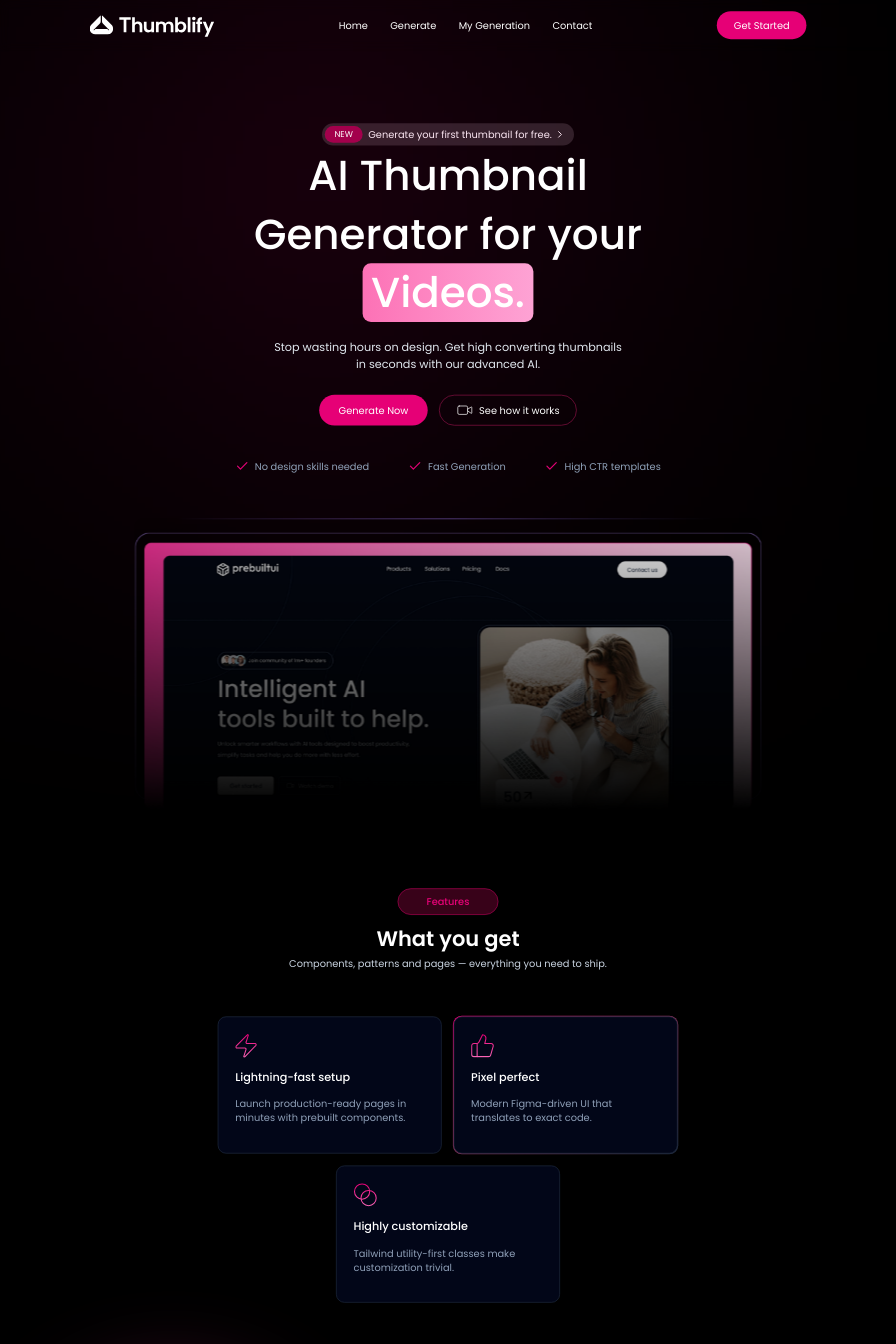
Repository: abhiraj33181/Thumblify
Page: / (app in client/)
The author's editor kept a copy of each file at every save. The page is drawn from the files as they stood at one save, then again after the next save.
The browser window is 1280 px wide. The pictures show the part of the page from y = 0 to 1920 px (the page is 5380 px tall), at 70% of full size.
The project was rebuilt for these pictures with package versions that can differ from the ones it lists, and the page was loaded fresh each time. Also part of the build but not shown: client/vite.config.ts.

Above is the page before, as saved 2026-01-08 09:28:51.

### client/index.html
<!doctype html>
<html lang="en">

<head>
    <meta charset="UTF-8" />
    <link rel="icon" href="/favicon.svg" type="image/x-icon" />
    <meta name="viewport" content="width=device-width, initial-scale=1.0" />
    <title>Thumblify - AI Thumbnail Generator</title>
</head>

<body>
    <div id="root"></div>
    <script type="module" src="/src/main.jsx"></script>
</body>

</html>

### client/src/main.tsx
import { createRoot } from 'react-dom/client'
import App from './App.js'
import { BrowserRouter } from 'react-router-dom'

createRoot(document.getElementById('root')!).render(
    <BrowserRouter>
        <App />
    </BrowserRouter>,
)

### client/src/App.tsx
import { Route, Routes } from "react-router-dom";
import HomePage from "./pages/HomePage";
import Navbar from "./components/Navbar";
import Footer from "./components/Footer";
import "./globals.css";
import LenisScroll from "./components/LenisScroll";

export default function App() {
    return (
        <>
            <LenisScroll />
            <Navbar />
            <Routes>
                <Route path="/" element={<HomePage />} />
            </Routes>
            <Footer />
        </>
    );
}

### client/src/pages/HomePage.tsx
import HeroSection from "../sections/HeroSection";
import FeaturesSection from "../sections/FeaturesSection";
import TestimonialSection from "../sections/TestimonialSection";
import PricingSection from "../sections/PricingSection";
import ContactSection from "../sections/ContactSection";
import CTASection from "../sections/CTASection";

export default function HomePage() {
    return (
        <>
            <HeroSection />
            <FeaturesSection />
            <TestimonialSection />
            <PricingSection />
            <ContactSection />
            <CTASection />
        </>
    );
}

### client/src/globals.css
@import url('https://fonts.googleapis.com/css2?family=Poppins:ital,wght@0,100;0,200;0,300;0,400;0,500;0,600;0,700;0,800;0,900;1,100;1,200;1,300;1,400;1,500;1,600;1,700;1,800;1,900&display=swap');
@import "tailwindcss";

@theme {
    --font-poppins: "Poppins", sans-serif;
}

body {
    @apply bg-black text-white text-sm antialiased font-poppins;
}

body::selection {
    @apply bg-pink-600 text-white;
}

button {
    @apply cursor-pointer;
}

.move-gradient {
    background-image: linear-gradient(to right, var(--color-pink-500), var(--color-pink-300));
    background-size: 200% 100%;
    animation: movegradient 5s infinite;
}

@keyframes movegradient {
    0% {
        background-position: 0% 50%;
    }
    50% {
        background-position: 100% 50%;
    }
    100% {
        background-position: 0% 50%;
    }
}

### client/src/components/LenisScroll.tsx
import { useEffect } from "react";
import Lenis from "lenis";

export default function LenisScroll() {
    useEffect(() => {
        const lenis = new Lenis({
            duration: 1.2,
            smoothWheel: true,
            anchors: {
                offset: -100,
            },
        });

        const raf = (time: number) => {
            lenis.raf(time);
            requestAnimationFrame(raf);
        };

        requestAnimationFrame(raf);

        return () => {
            lenis.destroy();
        };
    }, []);

    return null;
}

### client/src/sections/HeroSection.tsx
'use client'
import { CheckIcon, ChevronRightIcon, VideoIcon } from "lucide-react";
import TiltedImage from "../components/TiltImage";
import { motion } from "motion/react";
import { useNavigate } from "react-router-dom";

export default function HeroSection() {
    const navigate = useNavigate()
    const specialFeatures = [
        "No design skills needed",
        "Fast Generation",
        "High CTR templates",
    ];

    return (
        <div className="relative flex flex-col items-center justify-center px-4 md:px-16 lg:px-24 xl:px-32">
            <div className="absolute top-30 -z-10 left-1/4 size-72 bg-pink-600 blur-[300px]"></div>
            <motion.a href="https://prebuiltui.com?utm_source=pixels" className="group flex items-center gap-2 rounded-full p-1 pr-3 mt-44 text-pink-100 bg-pink-200/15"
                initial={{ y: -20, opacity: 0 }}
                whileInView={{ y: 0, opacity: 1 }}
                viewport={{ once: true }}
                transition={{ delay: 0.2, type: "spring", stiffness: 320, damping: 70, mass: 1 }}
            >
                <span className="bg-pink-800 text-white text-xs px-3.5 py-1 rounded-full">
                    NEW
                </span>
                <p className="flex items-center gap-1">
                    <span>Generate your first thumbnail for free.</span>
                    <ChevronRightIcon size={16} className="group-hover:translate-x-0.5 transition duration-300" />
                </p>
            </motion.a>
            <motion.h1 className="text-5xl/17 md:text-6xl/21 font-medium max-w-2xl text-center"
                initial={{ y: 50, opacity: 0 }}
                whileInView={{ y: 0, opacity: 1 }}
                viewport={{ once: true }}
                transition={{ type: "spring", stiffness: 240, damping: 70, mass: 1 }}
            >
                AI Thumbnail Generator for your{" "}
                <span className="move-gradient px-3 rounded-xl text-nowrap">Videos.</span>
            </motion.h1>
            <motion.p className="text-base text-center text-slate-200 max-w-lg mt-6"
                initial={{ y: 50, opacity: 0 }}
                whileInView={{ y: 0, opacity: 1 }}
                viewport={{ once: true }}
                transition={{ delay: 0.2, type: "spring", stiffness: 320, damping: 70, mass: 1 }}
            >
                Stop wasting hours on design. Get high converting thumbnails in seconds with our advanced AI.</motion.p>
            <motion.div className="flex items-center gap-4 mt-8"
                initial={{ y: 50, opacity: 0 }}
                whileInView={{ y: 0, opacity: 1 }}
                viewport={{ once: true }}
                transition={{ type: "spring", stiffness: 320, damping: 70, mass: 1 }}
            >
                <button onClick={() => navigate('/generate')} className="bg-pink-600 hover:bg-pink-700 text-white rounded-full px-7 h-11">
                    Generate Now
                </button>
                <button className="flex items-center gap-2 border border-pink-900 hover:bg-pink-950/50 transition rounded-full px-6 h-11">
                    <VideoIcon strokeWidth={1} />
                    <span>See how it works</span>
                </button>
            </motion.div>

            <div className="flex flex-wrap justify-center items-center gap-4 md:gap-14 mt-12">
                {specialFeatures.map((feature, index) => (
                    <motion.p className="flex items-center gap-2" key={index}
                        initial={{ y: 30, opacity: 0 }}
                        whileInView={{ y: 0, opacity: 1 }}
                        viewport={{ once: true }}
                        transition={{ delay: index * 0.2, duration: 0.3 }}
                    >
                        <CheckIcon className="size-5 text-pink-600" />
                        <span className="text-slate-400">{feature}</span>
                    </motion.p>
                ))}
            </div>
            <TiltedImage />
        </div>
    );
}

### client/src/sections/TestimonialSection.tsx
import SectionTitle from "../components/SectionTitle";
import TestimonialCard from "../components/TestimonialCard";
import { testimonialsData } from "../data/testimonial";
import type { ITestimonial } from "../types";
import Marquee from "react-fast-marquee";

export default function TestimonialSection() {
    return (
        <div id="testimonials" className="px-4 md:px-16 lg:px-24 xl:px-32">
            <SectionTitle text1="Testimonials" text2="Don't just take our words" text3="Hear what our users say about us. We're always looking for ways to improve. If you have a positive experience with us, leave a review." />

            <Marquee className="max-w-5xl mx-auto mt-11" gradient={true} speed={25} gradientColor="#000">
                <div className="flex items-center justify-center py-5 overflow-hidden">
                    {[...testimonialsData, ...testimonialsData].map((testimonial: ITestimonial, index: number) => (
                        <TestimonialCard key={index} index={index} testimonial={testimonial} />
                    ))}
                </div>
            </Marquee>
            <Marquee className="max-w-5xl mx-auto" gradient={true} speed={25} direction="right" gradientColor="#000">
                <div className="flex items-center justify-center py-5 overflow-hidden">
                    {[...testimonialsData, ...testimonialsData].map((testimonial: ITestimonial, index: number) => (
                        <TestimonialCard key={index} index={index} testimonial={testimonial} />
                    ))}
                </div>
            </Marquee>

        </div>
    );
}

### client/src/sections/PricingSection.tsx
'use client'
import SectionTitle from "../components/SectionTitle"
import { pricingData } from "../data/pricing";
import type { IPricing } from "../types";
import { CheckIcon } from "lucide-react";
import { motion } from "motion/react";

export default function PricingSection() {
    return (
        <div id="pricing" className="px-4 md:px-16 lg:px-24 xl:px-32">
            <SectionTitle text1="Pricing" text2="Our Pricing Plans" text3="Flexible pricing options designed to meet your needs — whether you're just getting started or scaling up." />

            <div className="flex flex-wrap items-center justify-center gap-8 mt-20">
                {pricingData.map((plan: IPricing, index: number) => (
                    <motion.div key={index} className={`w-72 text-center border border-pink-950 p-6 pb-16 rounded-xl ${plan.mostPopular ? 'bg-pink-950 relative' : 'bg-pink-950/30'}`}
                        initial={{ y: 150, opacity: 0 }}
                        whileInView={{ y: 0, opacity: 1 }}
                        viewport={{ once: true }}
                        transition={{ delay: index * 0.15, type: "spring", stiffness: 320, damping: 70, mass: 1 }}
                    >
                        {plan.mostPopular && (
                            <p className="absolute px-3 text-sm -top-3.5 left-3.5 py-1 bg-pink-400 rounded-full">Most Popular</p>
                        )}
                        <p className="font-semibold">{plan.name}</p>
                        <h1 className="text-3xl font-semibold">${plan.price}<span className="text-gray-500 font-normal text-sm">/{plan.period}</span></h1>
                        <ul className="list-none text-slate-300 mt-6 space-y-2">
                            {plan.features.map((feature, index) => (
                                <li key={index} className="flex items-center gap-2">
                                    <CheckIcon className="size-4.5 text-pink-600" />
                                    <p>{feature}</p>
                                </li>
                            ))}
                        </ul>
                        <button type="button" className={`w-full py-2.5 rounded-md font-medium mt-7 transition-all ${plan.mostPopular ? 'bg-white text-pink-600 hover:bg-slate-200' : 'bg-pink-500 hover:bg-pink-600'}`}>
                            Get Started
                        </button>
                    </motion.div>
                ))}
            </div>
        </div>
    );
}

### client/src/sections/CTASection.tsx
'use client'
import { motion } from "motion/react";

export default function CTASection() {
    return (
        <motion.div className="max-w-5xl py-16 mt-40 md:pl-20 md:w-full max-md:mx-4 md:mx-auto flex flex-col md:flex-row max-md:gap-6 items-center justify-between text-left bg-linear-to-b from-pink-900 to-pink-950 rounded-2xl p-6 text-white"
            initial={{ y: 150, opacity: 0 }}
            whileInView={{ y: 0, opacity: 1 }}
            viewport={{ once: true }}
            transition={{ type: "spring", stiffness: 320, damping: 70, mass: 1 }}
        >
            <div>
                <motion.h1 className="text-4xl md:text-[46px] md:leading-15 font-semibold bg-linear-to-r from-white to-pink-400 text-transparent bg-clip-text"
                    initial={{ y: 80, opacity: 0 }}
                    whileInView={{ y: 0, opacity: 1 }}
                    viewport={{ once: true }}
                    transition={{ type: "spring", stiffness: 280, damping: 70, mass: 1 }}
                >
                    Ready to try-out this app?
                </motion.h1>
                <motion.p className="bg-linear-to-r from-white to-pink-400 text-transparent bg-clip-text text-lg"
                    initial={{ y: 80, opacity: 0 }}
                    whileInView={{ y: 0, opacity: 1 }}
                    viewport={{ once: true }}
                    transition={{ type: "spring", stiffness: 200, damping: 70, mass: 1 }}
                >
                    Your next favourite tool is just one click away.
                </motion.p>
            </div>
            <motion.button className="px-12 py-3 text-slate-800 bg-white hover:bg-slate-200 rounded-full text-sm mt-4"
                initial={{ y: 80, opacity: 0 }}
                whileInView={{ y: 0, opacity: 1 }}
                viewport={{ once: true }}
                transition={{ type: "spring", stiffness: 280, damping: 70, mass: 1 }}
            >
                Get Started
            </motion.button>
        </motion.div>
    );
}

### client/src/data/footer.ts
import type { IFooter } from "../types";

export const footerData: IFooter[] = [
    {
        title: "Product",
        links: [
            { name: "Home", href: "#" },
            { name: "Support", href: "#support" },
            { name: "Pricing", href: "#pricing" },
            { name: "Affiliate", href: "#affiliate" },
        ]
    },
    {
        title: "Resources",
        links: [
            { name: "Company", href: "#company" },
            { name: "Blogs", href: "#blogs" },
            { name: "Community", href: "#community" },
            { name: "Careers", href: "#careers" },
            { name: "About", href: "#about" },
        ]
    },
    {
        title: "Legal",
        links: [
            { name: "Privacy", href: "#privacy" },
            { name: "Terms", href: "#terms" },
        ]
    }
];

### client/src/components/TiltImage.tsx
import { useRef, useState } from 'react';
import { motion, useMotionValue, useSpring } from 'motion/react';

const springValues = {
    damping: 30,
    stiffness: 100,
    mass: 2
};

export default function TiltedImage({ rotateAmplitude = 3, }) {
    const ref = useRef<HTMLDivElement>(null);
    const x = useMotionValue(0);
    const y = useMotionValue(0);
    const rotateX = useSpring(useMotionValue(0), springValues);
    const rotateY = useSpring(useMotionValue(0), springValues);
    const rotateFigcaption = useSpring(0, { stiffness: 350, damping: 30, mass: 1 });

    const [lastY, setLastY] = useState(0);

    function handleMouse(e: any) {
        if (!ref.current) return;

        const rect = ref.current.getBoundingClientRect();
        const offsetX = e.clientX - rect.left - rect.width / 2;
        const offsetY = e.clientY - rect.top - rect.height / 2;

        const rotationX = (offsetY / (rect.height / 2)) * -rotateAmplitude;
        const rotationY = (offsetX / (rect.width / 2)) * rotateAmplitude;

        rotateX.set(rotationX);
        rotateY.set(rotationY);

        x.set(e.clientX - rect.left);
        y.set(e.clientY - rect.top);

        const velocityY = offsetY - lastY;
        rotateFigcaption.set(-velocityY * 0.6);
        setLastY(offsetY);
    }

    function handleMouseLeave() {
        rotateX.set(0);
        rotateY.set(0);
        rotateFigcaption.set(0);
    }

    return (
        <motion.figure ref={ref} className="relative w-full h-full perspective-midrange mt-16 max-w-4xl mx-auto flex flex-col items-center justify-center" onMouseMove={handleMouse} onMouseLeave={handleMouseLeave}
            initial={{ y: 150, opacity: 0 }}
            whileInView={{ y: 0, opacity: 1 }}
            viewport={{ once: true }}
            transition={{ type: "spring", stiffness: 320, damping: 70, mass: 1 }}
        >
            <motion.div className="relative transform-3d w-full max-w-4xl" style={{ rotateX, rotateY }} >
                <motion.img src="/assets/hero-section-showcase.png"
                    className="w-full rounded-[15px] will-change-transform transform-[translateZ(0)]"
                    alt="hero section showcase"
                />
            </motion.div>
        </motion.figure>
    );
}

### client/src/components/SectionTitle.tsx
import type { SectionTitleProps } from "../types";
import { motion } from "motion/react";

export default function SectionTitle({ text1, text2, text3 }: SectionTitleProps) {
    return (
        <>
            <motion.p className="text-center font-medium text-pink-600 mt-28 px-10 py-2 rounded-full bg-pink-950/70 border border-pink-800 w-max mx-auto"
                initial={{ y: 120, opacity: 0 }}
                whileInView={{ y: 0, opacity: 1 }}
                viewport={{ once: true }}
                transition={{ type: "spring", stiffness: 320, damping: 70, mass: 1 }}
            >
                {text1}
            </motion.p>
            <motion.h3 className="text-3xl font-semibold text-center mx-auto mt-4"
                initial={{ y: 120, opacity: 0 }}
                whileInView={{ y: 0, opacity: 1 }}
                viewport={{ once: true }}
                transition={{ type: "spring", stiffness: 280, damping: 70, mass: 1 }}
            >
                {text2}
            </motion.h3>
            <motion.p className="text-slate-300 text-center mt-2 max-w-xl mx-auto"
                initial={{ y: 120, opacity: 0 }}
                whileInView={{ y: 0, opacity: 1 }}
                viewport={{ once: true }}
                transition={{ type: "spring", stiffness: 240, damping: 70, mass: 1 }}
            >
                {text3}
            </motion.p>
        </>
    );
}

### client/src/data/testimonial.ts
import type { ITestimonial } from "../types";

export const testimonialsData: ITestimonial[] = [
    {
        image: 'https://images.unsplash.com/photo-1633332755192-727a05c4013d?q=80&w=200',
        name: 'Sophia Carter',
        handle: '@sophiacodes',
        date: 'February 14, 2025',
        quote: 'This SaaS app has completely streamlined our onboarding process. What used to take hours now takes minutes!',
    },
    {
        image: 'https://images.unsplash.com/photo-1535713875002-d1d0cf377fde?q=80&w=200',
        name: 'Ethan Walker',
        handle: '@ethanwrites',
        date: 'March 3, 2025',
        quote: 'We’ve tried several tools, but nothing comes close in terms of speed and simplicity. Absolute game-changer.',
    },
    {
        image: 'https://images.unsplash.com/photo-1527980965255-d3b416303d12?w=200&auto=format&fit=crop&q=60',
        name: 'Maya Patel',
        handle: '@mayapatel',
        date: 'April 22, 2025',
        quote: 'The automation features alone have saved our team countless hours every week. Worth every penny.',
    },
    {
        image: 'https://images.unsplash.com/photo-1522075469751-3a6694fb2f61?w=200&auto=format&fit=crop&q=60',
        name: 'Liam Brooks',
        handle: '@liambrooks',
        date: 'May 18, 2025',
        quote: 'Setup was ridiculously easy. Within 10 minutes, we were running live and onboarding our first customers.',
    },
];

### client/src/data/pricing.ts
import type { IPricing } from "../types";

export const pricingData: IPricing[] = [
    {
        name: "Basic",
        price: 29,
        period: "month",
        features: [
            "Access to all basic courses",
            "Community support",
            "10 practice projects",
            "Course completion certificate",
            "Basic code review"
        ],
        mostPopular: false
    },
    {
        name: "Pro",
        price: 79,
        period: "month",
        features: [
            "Access to all Pro courses",
            "Priority community support",
            "30 practice projects",
            "Course completion certificate",
            "Advance code review",
            "1-on-1 mentoring sessions",
            "Job assistance"
        ],
        mostPopular: true
    },
    {
        name: "Enterprise",
        price: 199,
        period: "month",
        features: [
            "Access to all courses",
            "Dedicated support",
            "Unlimited projects",
            "Course completion certificate",
            "Premium code review"
        ],
        mostPopular: false
    }
];

Loaded but not shown: client/src/sections/FeaturesSection.tsx (69 lines, source omitted); client/src/components/Footer.tsx (59 lines, source omitted); client/src/sections/ContactSection.tsx (59 lines, source omitted); client/src/data/features.tsx (19 lines, source omitted); client/src/components/Navbar.tsx (52 lines, source omitted); client/src/components/TestimonialCard.tsx (29 lines, source omitted)

After the next save:
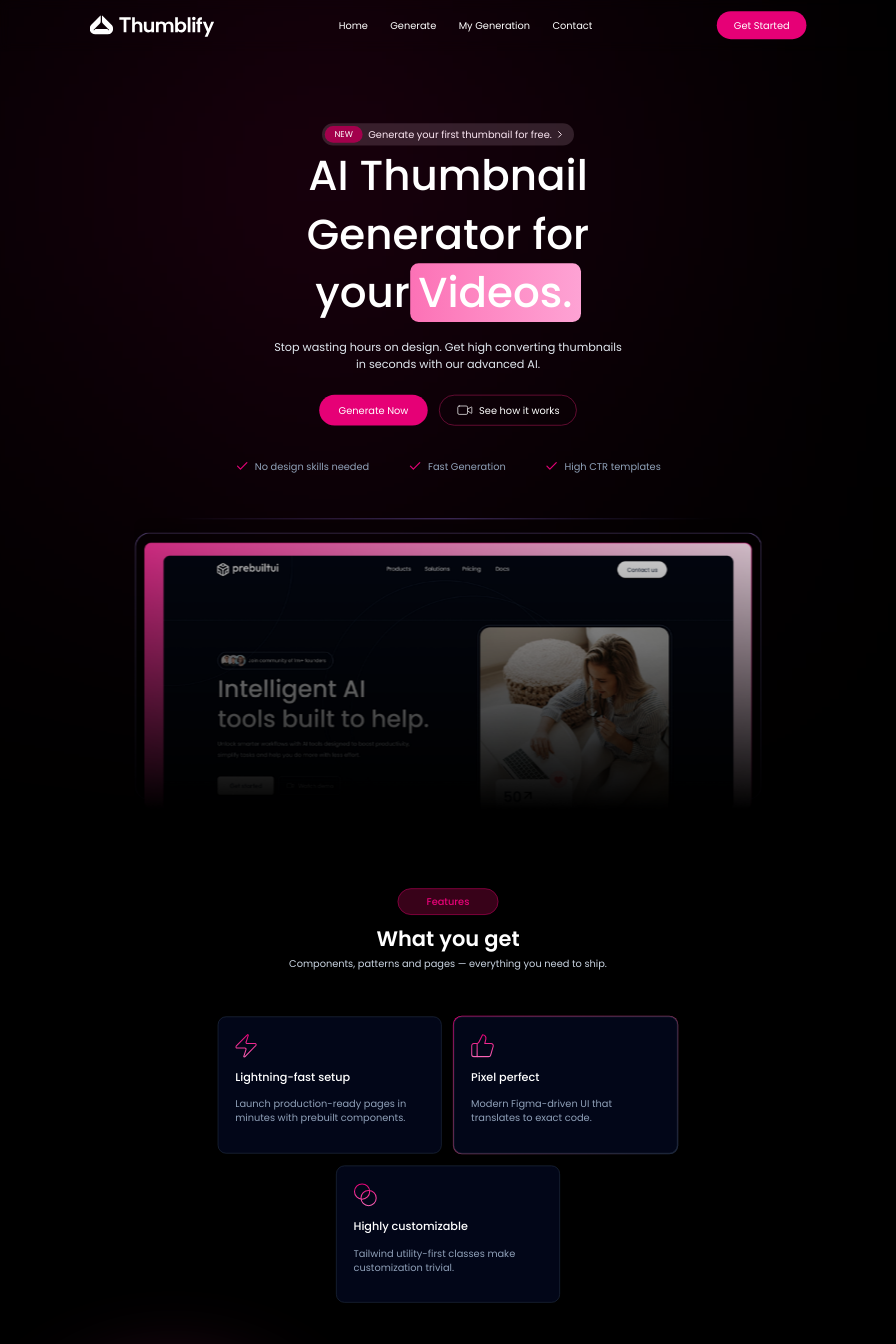
Saved 97 s later.
--- a/client/src/sections/HeroSection.tsx
+++ b/client/src/sections/HeroSection.tsx
@@ -35,7 +35,7 @@ export default function HeroSection() {
                 viewport={{ once: true }}
                 transition={{ type: "spring", stiffness: 240, damping: 70, mass: 1 }}
             >
-                AI Thumbnail Generator for your{" "}
+                AI Thumbnail Generator for your
                 <span className="move-gradient px-3 rounded-xl text-nowrap">Videos.</span>
             </motion.h1>
             <motion.p className="text-base text-center text-slate-200 max-w-lg mt-6"
